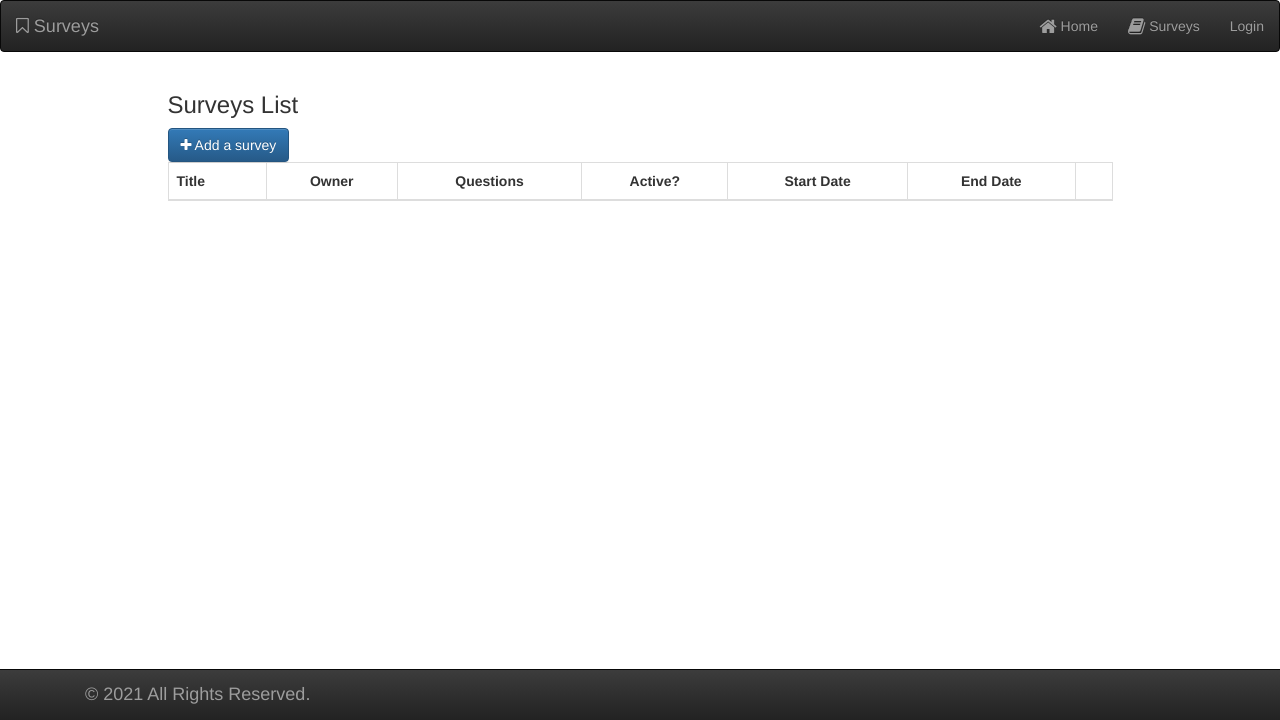
Repository: kelvinongtoronto/modern-survey
Page: http://localhost/surveys
These files come from the project's save history. The page is drawn as it stood at one moment and after the next save; the edit follows.
The browser window is 1280 px wide. The pictures show the whole page.
The page is served by the project's Node server (server.js). Other server files are loaded and not shown. Queries for data that is not in the repository find no rows.

Above is the page before, as saved 2021-07-23 12:08:14.

### server/views/surveys/index.ejs
<% include ../partials/header.ejs %>

  <!-- MAIN CONTENT -->
  <div class="container">
    <div class="row">
      <div class="col-md-offset-1 col-md-10">
        <h3>Surveys List </h3>
        <a href="/surveys/add" class="btn btn-primary"><i class="fa fa-plus"></i> Add a survey</a>
        <br>
        <div class="table-responsive">
          <table class="table table-bordered table-striped table-hover">
            <thead>
              <!-- Header Row -->
              <tr>
                <% if(typeof displayName == 'string' && displayName) { %>
                  <th>Title</th>
                  <th class="text-center">Owner</th>
                  <th class="text-center">Questions</th>
                  <th class="text-center">Active?</th>
                  <th class="text-center">Start Date</th>
                  <th class="text-center">End Date</th>
                  <th class="text-center"></th>
                  <th class="text-center"></th>
                  <th class="text-center"></th>
                <% } else { %>
                  <th>Title</th>
                  <th class="text-center">Owner</th>
                  <th class="text-center">Questions</th>
                  <th class="text-center">Active?</th>
                  <th class="text-center">Start Date</th>
                  <th class="text-center">End Date</th>
                  <th class="text-center"></th>
                <% } %>
              </tr>
            </thead>

            <tbody>
              <!-- Template Row -->
              <% for (let count = 0; count < surveys.length; count++) { %>
                <tr>
                  <% if(typeof displayName == 'string' && displayName) { %>
                    <td><%= surveys[count].Title %></td>
                    <td class="text-center"><%= surveys[count].Owner %></td>
                    <td class="text-center"><%= surveys[count].Questions %></td>
                    <td class="text-center"><%= surveys[count].Active %></td>
                    <td class="text-center"><%= surveys[count].Lifespan %></td>

                    <td class="text-center">
                      <a href="/surveys/<%= surveys[count]._id %>" class="btn btn-primary btn-sm"> View</a>
                    </td>
                    <td class="text-center">
                      <a href="/surveys/edit/<%= surveys[count]._id %>" class="btn btn-primary btn-sm"> Edit</a>
                    </td>
                    <td class="text-center">
                      <a href="/surveys/delete/<%= surveys[count]._id %>" class="btn btn-danger btn-sm"> Delete</a>
                    </td>
                  <% } else { %>
                    <% if(surveys[count].Active) { %>
                      <td><%= surveys[count].Title %></td>
                      <td class="text-center"><%= surveys[count].Owner %></td>
                      <td class="text-center"><%= surveys[count].Questions.length %></td>
                      <td class="text-center"><%= surveys[count].Active %></td>
                      <td class="text-center"><%= surveys[count].StartDate %></td>
                      <td class="text-center"><%= surveys[count].EndDate %></td>
                      <td class="text-center">
                        <a href="/surveys/<%= surveys[count]._id %>" class="btn btn-primary btn-sm"> View</a>
                      </td>
                    <% } %>
                  <% } %>
                </tr>
              <% } %>
            </tbody>
          </table>
        </div>
        <div class="col-md-offset-1 col-md-10 text-center">
          <ul class="pagination pagination-lg pager" id="myPager"></ul>
        </div>
      </div>
    </div>
  </div>

<% include ../partials/footer.ejs %>

### server/views/partials/header.ejs
<!DOCTYPE html>
<html lang="en">
  <head>
    <meta charset="utf-8">
    <meta name="viewport" content="width=device-width, initial-scale=1">
    <title><%= title %></title>
    <!-- CSS SECTION -->
    <link rel="stylesheet" href="/Scripts/lib/bootstrap/dist/css/bootstrap.min.css">
    <link rel="stylesheet" href="/Scripts/lib/bootstrap/dist/css/bootstrap-theme.min.css">
    <link rel="stylesheet" href="/Scripts/lib/font-awesome/css/font-awesome.min.css">
    <link rel='stylesheet' href='/Content/app.css' />
  </head>
  <body>

  <nav class="navbar navbar-inverse" role="navigation">
    <!-- Brand and toggle get grouped for better mobile display -->
    <div class="navbar-header">
      <button type="button" class="navbar-toggle" data-toggle="collapse" data-target=".navbar-ex1-collapse">
        <span class="sr-only">Toggle navigation</span>
        <span class="icon-bar"></span>
        <span class="icon-bar"></span>
        <span class="icon-bar"></span>
      </button>
      <a class="navbar-brand" href="/"><i class="fa fa-bookmark-o"></i> Surveys</a>
    </div>

    <!-- Collect the nav links, forms, and other content for toggling -->
    <div class="collapse navbar-collapse navbar-ex1-collapse">
      <ul class="nav navbar-nav navbar-right">
        <% if(title == "Home") { %>
          <li class="active"><a href="/"><i class="fa fa-home fa-lg"></i> Home</a></li>
        <% } else { %>
          <li><a href="/"><i class="fa fa-home fa-lg"></i> Home</a></li>
        <% } %>

        <% if(title == "surveys") { %>
        <li class="active"><a href="/surveys"><i class="fa fa-book fa-lg">
        </i> Surveys</a></li>
        <% } else { %>
          <li><a href="/surveys"><i class="fa fa-book fa-lg">
          </i> Surveys</a></li>
        <% } %>

        <% if(typeof displayName == 'string' && displayName) { %>
          <li class="navbar-text"><i class="fas fa-lg fa-user"></i> Welcome, <%= displayName %></li>
          <li class="nav-item"><a href="/logout" class="nav-link">
            <i class="fas fa-lg fa-sign-out-alt"></i> Logout</a></li>
        <% } else { %>
          <li class="nav-item"><a href="/login" class="nav-link">
            <i class="fas fa-lg fa-sign-in-alt"></i> Login</a></li>
        <% } %>
      </ul>
    </div><!-- /.navbar-collapse -->
  </nav>

### server/views/partials/footer.ejs

<nav class="navbar navbar-inverse navbar-fixed-bottom">
  <div class="container">
    <h4  class="navbar-text">&copy; 2021 All Rights Reserved.</h4>
  </div>
</nav>



<!-- JAVASCRIPT SECTION -->
    <script src="/Scripts/lib/jquery/dist/jquery.min.js"></script>
    <script src="/Scripts/lib/bootstrap/dist/js/bootstrap.min.js"></script>
    <script src="/Scripts/app.js"></script>
  </body>
</html>

### server.js
let app = require('./server/config/app');
let debug = require('debug')('modern-survey:server');
let http = require('http');

/**
 * Get port from environment and store in Express.
 */

let port = normalizePort(process.env.PORT || '3000');
app.set('port', port);

/**
 * Create HTTP server.
 */

let server = http.createServer(app);

/**
 * Listen on provided port, on all network interfaces.
 */

server.listen(port);
server.on('error', onError);
server.on('listening', onListening);

/**
 * Normalize a port into a number, string, or false.
 */

function normalizePort(val) {
  let port = parseInt(val, 10);

  if (isNaN(port)) {
    // named pipe
    return val;
  }

  if (port >= 0) {
    // port number
    return port;
  }

  return false;
}

/**
 * Event listener for HTTP server "error" event.
 */

function onError(error) {
  if (error.syscall !== 'listen') {
    throw error;
  }

  let bind = typeof port === 'string'
    ? 'Pipe ' + port
    : 'Port ' + port;

  // handle specific listen errors with friendly messages
  switch (error.code) {
    case 'EACCES':
      console.error(bind + ' requires elevated privileges');
      process.exit(1);
      break;
    case 'EADDRINUSE':
      console.error(bind + ' is already in use');
      process.exit(1);
      break;
    default:
      throw error;
  }
}

/**
 * Event listener for HTTP server "listening" event.
 */

function onListening() {
  let addr = server.address();
  let bind = typeof addr === 'string'
    ? 'pipe ' + addr
    : 'port ' + addr.port;
  debug('Listening on ' + bind);
}

### server/routes/surveys.js
/* surveys.js
 * Kelvin Ong
 * 301178688
 * Project - surveys site
 * June 25, 2021
 */

// modules required for routing
let express = require('express');
let router = express.Router();
let mongoose = require('mongoose');

// define the survey model
let survey = require('../models/surveys');

/* GET surveys List page. READ */
router.get('/', (req, res, next) => {
    // find all surveys in the surveys collection
    survey.find( (err, surveys) => {
        if (err) {
            return console.error(err);
        } else {
            res.render('surveys/index', {title: 'Surveys', surveys: surveys});
        }
    });
});

//  GET the Survey Details page in order to add a new Survey
router.get('/add', (req, res, next) => {
    res.render('surveys/details', {title: 'Add Survey', surveys: {}})
});

// POST process the Survey Details page and create a new Survey - CREATE
router.post('/add', (req, res, next) => {
    let newSurvey = survey({
        "Title": req.body.title,
        "Owner": req.body.owner,
        "Questions": req.body.questions.trim().split(","),
        "Active": req.body.active ? true : false,
        "StartDate": req.body.startdate,
        "EndDate": req.body.enddate
    });

    survey.create(newSurvey, (err, survey) =>{
        if(err) {
            console.log(err);
            res.end(err);
        } else {
            // refresh the survey list
            res.redirect('/surveys');
        }
    });
});

// GET the Survey Details page in order to edit an existing Survey
router.get('/edit/:id', (req, res, next) => {
    let id = req.params.id;

    survey.findById(id, (err, surveyToEdit) => {
        if(err) {
            console.log(err);
            res.end(err);
        } else {
            //show the edit view
            res.render('surveys/details', {title: 'Edit Survey', surveys: surveyToEdit})
        }
    });
});

// POST - process the information passed from the details form and update the document
router.post('/edit/:id', (req, res, next) => {
    let id = req.params.id

    let updatedSurvey = survey({
        "_id": id,
        "Title": req.body.title,
        "Owner": req.body.owner,
        "Questions": req.body.questions.trim().split(","),
        "Active": req.body.active ? true : false,
        "StartDate": req.body.startdate,
        "EndDate": req.body.enddate
    });

    survey.updateOne({_id: id}, updatedSurvey, (err) => {
        if(err) {
            console.log(err);
            res.end(err);
        } else {
            // refresh the survey list
            res.redirect('/surveys');
        }
    });
});

// GET - process the delete by user id
router.get('/delete/:id', (req, res, next) => {
    let id = req.params.id;

    survey.remove({_id: id}, (err) => {
        if(err) {
            console.log(err);
            res.end(err);
        } else {
            // refresh the survey list
            res.redirect('/surveys');
        }
    });
});

// GET - view the Survey
router.get('/:id', (req, res, next) => {
    let id = req.params.id;

    survey.findById(id, (err, surveyToView) => {
        if(err) {
            console.log(err);
            res.end(err);
        } else {
            res.render('surveys/view', {title: 'Survey', surveys: surveyToView})
        }
    });
});

// POST - submit the Survey
router.post('/:id', (req, res, next) => {});

module.exports = router;

### client/Scripts/app.js
/* custom JS goes here */

/* pagination code from http://www.bootply.com/lxa0FF9yhw */
$.fn.pageMe = function(opts){
    var $this = this,
        defaults = {
            perPage: 7,
            showPrevNext: false,
            hidePageNumbers: false
        },
        settings = $.extend(defaults, opts);

    var listElement = $this;
    var perPage = settings.perPage;
    var children = listElement.children();
    var pager = $('.pager');

    if (typeof settings.childSelector!="undefined") {
        children = listElement.find(settings.childSelector);
    }

    if (typeof settings.pagerSelector!="undefined") {
        pager = $(settings.pagerSelector);
    }

    var numItems = children.size();
    var numPages = Math.ceil(numItems/perPage);

    pager.data("curr",0);

    if (settings.showPrevNext){
        $('<li><a href="#" class="prev_link">«</a></li>').appendTo(pager);
    }

    var curr = 0;
    while(numPages > curr && (settings.hidePageNumbers==false)){
        $('<li><a href="#" class="page_link">'+(curr+1)+'</a></li>').appendTo(pager);
        curr++;
    }

    if (settings.showPrevNext){
        $('<li><a href="#" class="next_link">»</a></li>').appendTo(pager);
    }

    pager.find('.page_link:first').addClass('active');
    pager.find('.prev_link').hide();
    if (numPages<=1) {
        pager.find('.next_link').hide();
    }
  	pager.children().eq(1).addClass("active");

    children.hide();
    children.slice(0, perPage).show();

    pager.find('li .page_link').click(function(){
        var clickedPage = $(this).html().valueOf()-1;
        goTo(clickedPage,perPage);
        return false;
    });
    pager.find('li .prev_link').click(function(){
        previous();
        return false;
    });
    pager.find('li .next_link').click(function(){
        next();
        return false;
    });

    function previous(){
        var goToPage = parseInt(pager.data("curr")) - 1;
        goTo(goToPage);
    }

    function next(){
        goToPage = parseInt(pager.data("curr")) + 1;
        goTo(goToPage);
    }

    function goTo(page){
        var startAt = page * perPage,
            endOn = startAt + perPage;

        children.css('display','none').slice(startAt, endOn).show();

        if (page>=1) {
            pager.find('.prev_link').show();
        }
        else {
            pager.find('.prev_link').hide();
        }

        if (page<(numPages-1)) {
            pager.find('.next_link').show();
        }
        else {
            pager.find('.next_link').hide();
        }

        pager.data("curr",page);
      	pager.children().removeClass("active");
        pager.children().eq(page+1).addClass("active");

    }
};

// IIFE
(function(){
  $(".btn-danger").click(function(event){
    if(!confirm("Are you sure?")) {
      event.preventDefault();
      window.location.assign("/surveys");
    }
  });

 /* pagination code */
  $('#myTable').pageMe(
    {pagerSelector:'#myPager',showPrevNext:true,hidePageNumbers:false,perPage:6}
    );
})();

Loaded but not shown: client/Scripts/lib/bootstrap/dist/css/bootstrap.min.css (library); client/Scripts/lib/bootstrap/dist/css/bootstrap-theme.min.css (library); client/Scripts/lib/font-awesome/css/font-awesome.min.css (library); client/Content/app.css (common file); client/Scripts/lib/jquery/dist/jquery.min.js (library); client/Scripts/lib/bootstrap/dist/js/bootstrap.min.js (library)

After the next save:
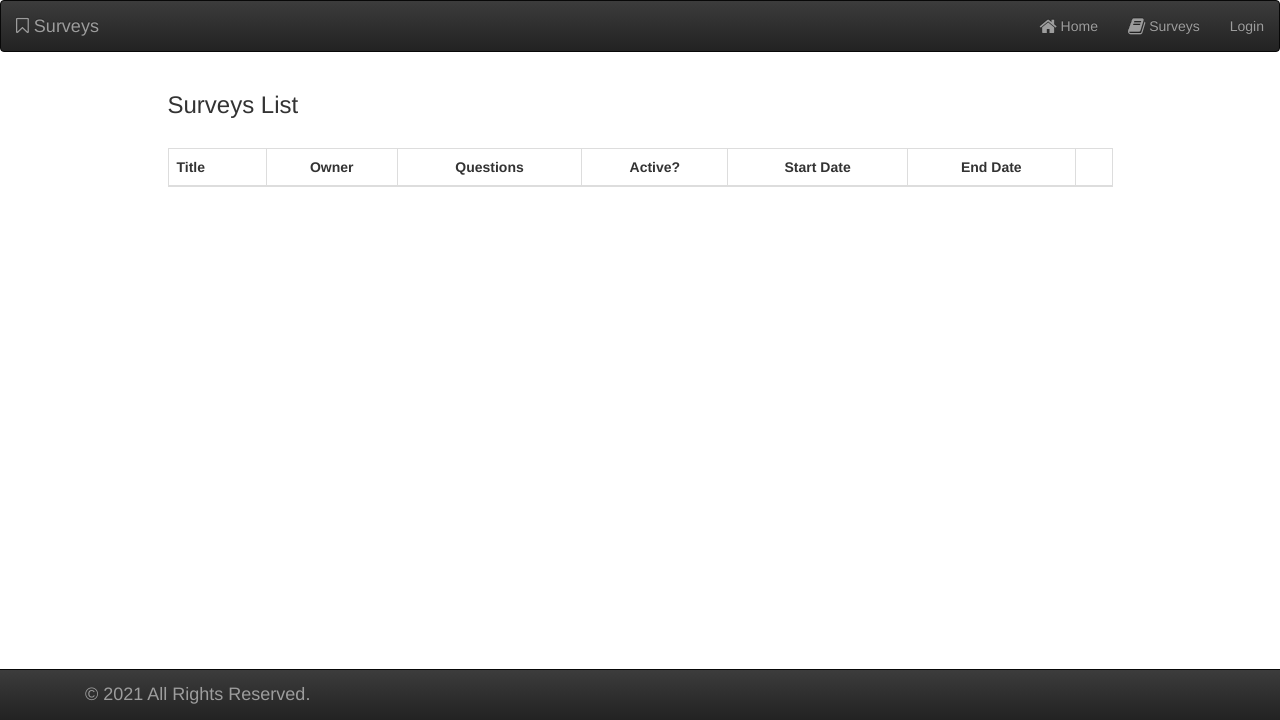
Saved 3 min 52 s later.
--- a/server/views/surveys/index.ejs
+++ b/server/views/surveys/index.ejs
@@ -5,7 +5,9 @@
     <div class="row">
       <div class="col-md-offset-1 col-md-10">
         <h3>Surveys List </h3>
-        <a href="/surveys/add" class="btn btn-primary"><i class="fa fa-plus"></i> Add a survey</a>
+        <% if(typeof displayName == 'string' && displayName) { %>
+          <a href="/surveys/add" class="btn btn-primary"><i class="fa fa-plus"></i> Add a survey</a>
+        <%}%>
         <br>
         <div class="table-responsive">
           <table class="table table-bordered table-striped table-hover">
